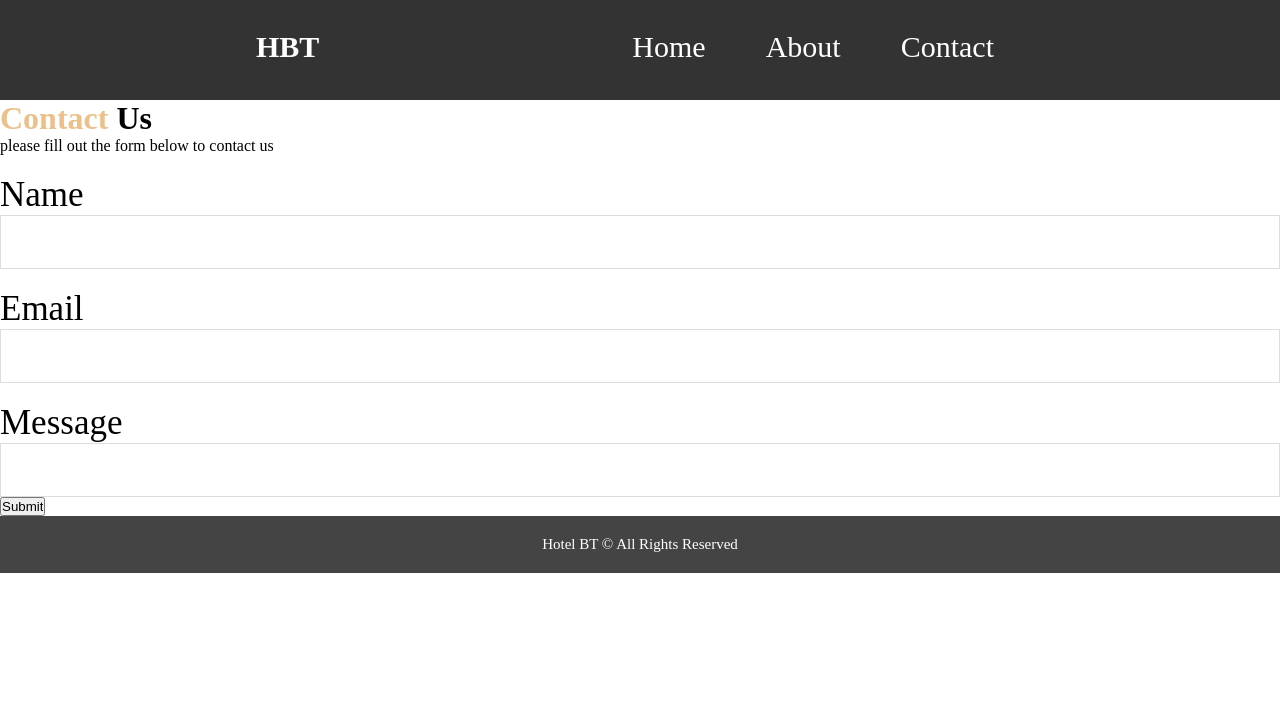
Repository: reemoon-ctrl/hotel-website
Page: 35 - hotel-website/contact.html
The author's editor kept a copy of each file at every save. The page is drawn from the files as they stood at one save, then again after a run of saves.
The browser window is 1280 px wide. The pictures show the whole page.

Above is the page before, as saved 2024-07-22 09:43:21.

### 35 - hotel-website/contact.html
<!DOCTYPE html>
<html lang="en">
<head>
    <meta charset="UTF-8">
    <meta name="viewport" content="width=device-width, initial-scale=1.0">
    <title>HBT | Hotel Website</title>
    <link rel="stylesheet" href="index.css"/>
</head>
<body>
    <header>
        <ul class="nav-bar">
            <li class="title"><a href="index.html">HBT</a></li>
            <div class="bag-nav-row" >
            <li class="bag-nav"><a href=" ">Contact</a></li>
            <li class="bag-nav"><a href="">About</a></li>
            <li class="bag-nav"><a href="index.html">Home</a></li>
            </div>
        </ul>
    </header>

    <main>
        <div>
            <form action="#">
                <h1><span class="fword">Contact </span>Us</h1>
                <p>please fill out the form below to contact us</p>
                <div class="form-label">
                    <label for="name">Name</label>
                    <input type="text">

                </div>
                <div class="form-label">
                    <label for="Email">Email</label>
                    <input type="text">
                </div>
                <div class="form-label">
                    <label for="Message">Message</label>
                    <input type="text">

                </div>
                <input type="submit">
            </form>
        </div>

    </main>

    <footer>
        <p>Hotel BT &copy; All Rights Reserved</p>

    </footer>

</body>
</html>

### 35 - hotel-website/index.css
*{
    padding: 0px;
    margin: 0px;
    box-sizing: border-box;

}
.nav-bar{
    list-style:none;
    overflow: auto;
    /* clear:both; */
    background: #333333;
    font-size: 20px;
    text-align: center;
    height: 100px;

}

.bag-nav-row{
    margin-right: 20%;
}
.title{
    float: left;
    margin-left: 20%;
    font-weight: bold;
    font-size:30px ;

    text-align: center;
    padding:30px 0px;

}
.title  a{
    text-decoration: none;
    color:#fff
}


.bag-nav{
    float: right;
    font-size: 30px;

}
.bag-nav-row li a{
    text-decoration: none;
    padding: 30px 30px 30px 30px;
    display: inline-block;
    color: #fff;
}

.bag-nav-row li a:hover{
    background: #444444;
    color:#ecc08a;
}
.bag-nav-row li a:active{
    background: #444444;
    color:#ecc08a;
}


.mainheader{
     background-image: url("img/showcase.jpg")  ;
   /* background-size:cover;


    height: 600px; */


  background-color: #cccccc;
  height: 600px;
  background-position: center;
  background-repeat: no-repeat;
  background-size: cover;
  position: relative;
}
.mainheadertxt{
    margin: auto;
    top:50%;
    position:relative;
    text-align: center;
    /* margin-top: 20px; */
    color:#fff;
}
.mainheadertxt h3{
    font-size:xx-large;

}

.mainheadertxt p{
    margin:20px;
}
.mainheadertxt a{
    position:relative;
    display: block;
    width: fit-content;
    background: #444444;
    text-decoration:none ;
    color: #fff;
    top:50%;
    margin:auto;


    padding: 20px;
}
.fword{
    color:#ecc08a
}
.main-content{
    width:100%;
    height:300px;
    overflow: auto;
    background: #444444;
    color: #fff;
}
.hotelimg{
    width:50%;
    float:left;
    height:300px;

}
.hotel-disc{
    width:50%;
    float:right;
    text-align: center;
    /* margin-top:px; */
    line-height: 1.5;
    padding:20px;

}
.hotel-disc h3{
    font-size: xx-large;
    margin-bottom: 20px;
}
.hotel-disc a{
    position:relative;
    display: block;
    width: fit-content;

    text-decoration:none ;
    color: #333333;
    padding: 15px;
    margin:auto;
    margin-top: 20px;
    background: #fff;

}

.aside-bar{
    height: 300px;
    overflow: auto;
    clear:both;

}
.ul{
    list-style: none;
    text-align: center;
    margin:auto;
    height:300px;
}
.fli{
    padding: 60px;
    margin: auto;
    float: left;
    width:33%;
    height: 300px;
    padding: 90px 20px;
}
.fli h4{
    font-size: 25px;
    margin-bottom: 20px;
}
.sli h4{
    font-size: 25px;
    margin-bottom: 20px;
}
.thli h4{
    font-size: 25px;
    margin-bottom: 20px;
}
.sli{
    float:left;
    width:33%;
    background-color:#ecc08a;
    height: 300px;
    padding: 90px 20px;

}
.thli{
    float:right;
    width:33%;
    height: 300px;
    margin: auto;
    height: 300px;
    padding: 90px 20px;
}

footer p{
    text-align: center;
    font-size: 15px;
    color: #fff;
    background: #444444;
    padding: 20px;
}
/* ///////////////about website////////////////// */
.s-header{
    overflow: auto;
    clear: both;
    margin: auto;
    margin: 50px 20%;
    /* height: 500px; */
}
.header-content{
    float:left;
    width:40%;

}
.header-content h1{
    font-size: 50px;
}
.header-content p{
    font-size: 28px;
    margin-top: 20px;
    line-height: 1.3;
}
.hotel-img2{
    height:400px;
    width: 40%;
    float: right;
    border-radius:50%;
}
.comment{
    overflow: auto;
    background:#ecc08a;
    margin: 20px 20%;
    border-radius: 20px;

}
.aside-content{
    background-image: url(img/test-bg.jpg) ;
    background-color: #cccccc;
    height:900px;
    background-position: center;
    background-repeat: no-repeat;
    background-size: cover;
    position: relative;
    width: 100%;



}
.aside-content h1{
    margin: 20px 20%;
    text-align: center;
    color: #FFF;
    font-size: 50px;
    padding-top: 100px;
    padding-bottom: 50px;

}
.comment img{
    padding-top: 30px;
width:200px ;
height:200px ;
border-radius: 200px;
float: left;
padding-right: 20px;
padding-left: 20px;
margin-bottom: 50px;
}
.comment p{
padding-top: 70px;
font-size: 28px;
color: #333333;


}
/* ///////////////about style///////////// */
.form-label label{
    display: block;

}
.form-label input{
    width:100%;
    padding:10px;
    font-size: 28px;
    border:#ddd solid 1px;

}
.form-label{
    font-size: 35px;
    margin-top: 20px ;
}
form input:{
 padding: 20px;
 text-align: center;
 width:200px;
 cursor: pointer;
 margin: 30px 0px;

}

After the next 2 saves:
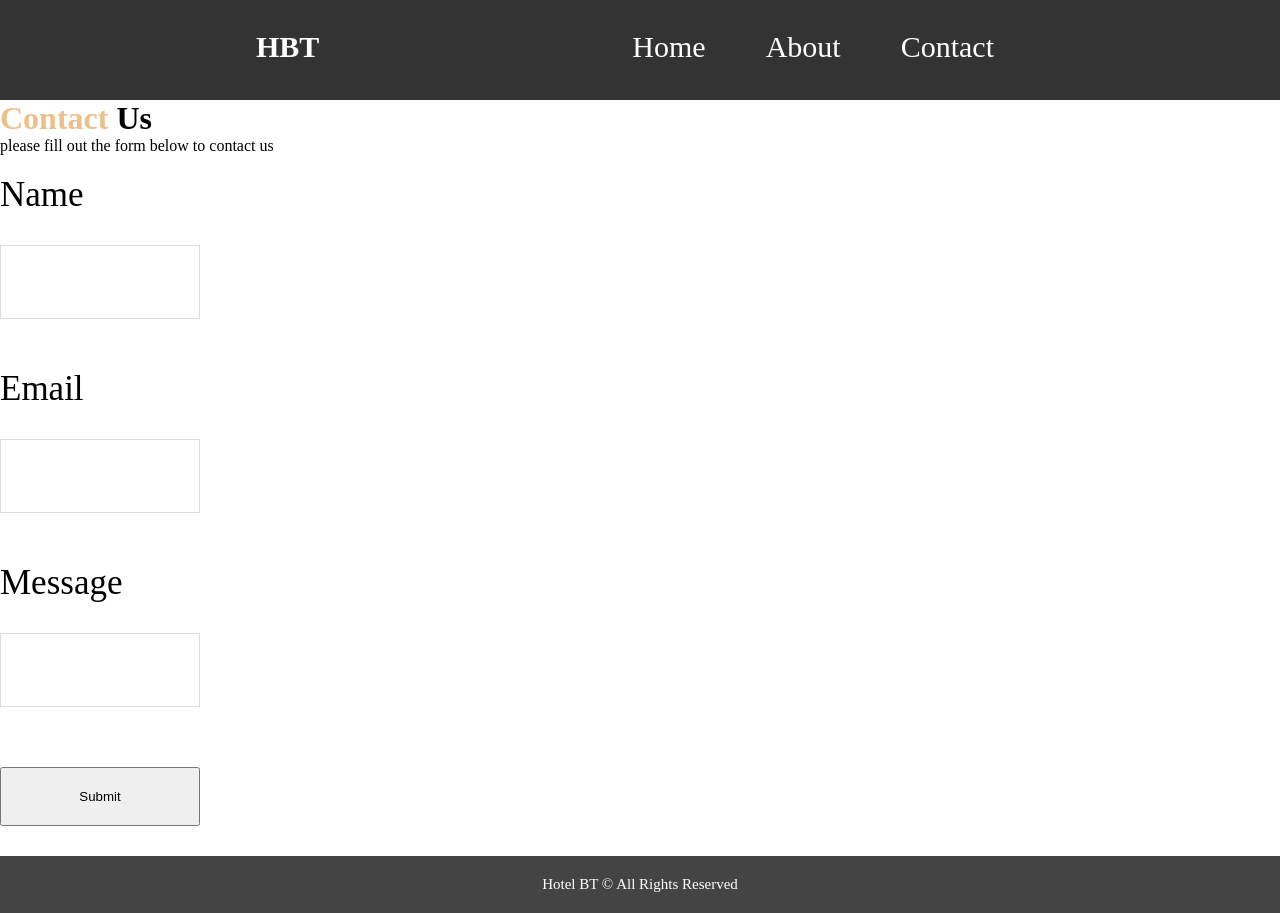
The 2 saves are shown as one change because they came seconds apart.
The last was saved 6 s later.
--- a/35 - hotel-website/index.css
+++ b/35 - hotel-website/index.css
@@ -288,7 +288,7 @@ color: #333333;
     font-size: 35px;
     margin-top: 20px ;
 }
-form input:{
+form input:last-child{
  padding: 20px;
  text-align: center;
  width:200px;
